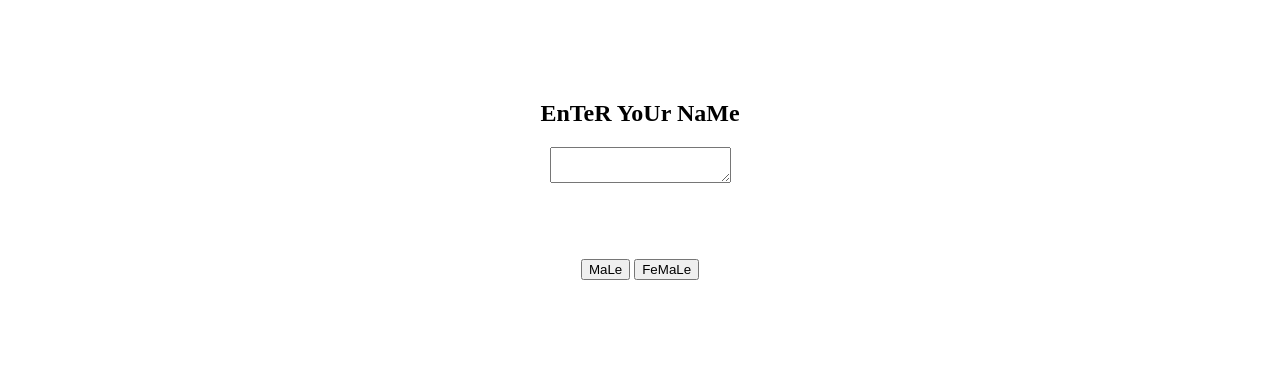
Repository: mutuz786/GameProject
Page: gameproject-app/WebContent/index.html
The author's editor kept a copy of each file at every save. The page is drawn from the files as they stood at one save, then again after the next save.
The browser window is 1280 px wide. The pictures show the whole page.

Above is the page before, as saved 2020-06-09 13:37:36.

### gameproject-app/WebContent/index.html
<!DOCTYPE html>
<html>
<head>
<meta charset="ISO-8859-1">
<title>Game</title>
</head>
<body>
	<br><br><br><br>
	<div align="center" >
		<h2>EnTeR YoUr NaMe</h2>
		<textarea id="name" inputmode="text" ></textarea><br><br><br><br><br>
		<button >MaLe</button>
		<button>FeMaLe</button>
	</div>
</body>
</html>

After the next save:
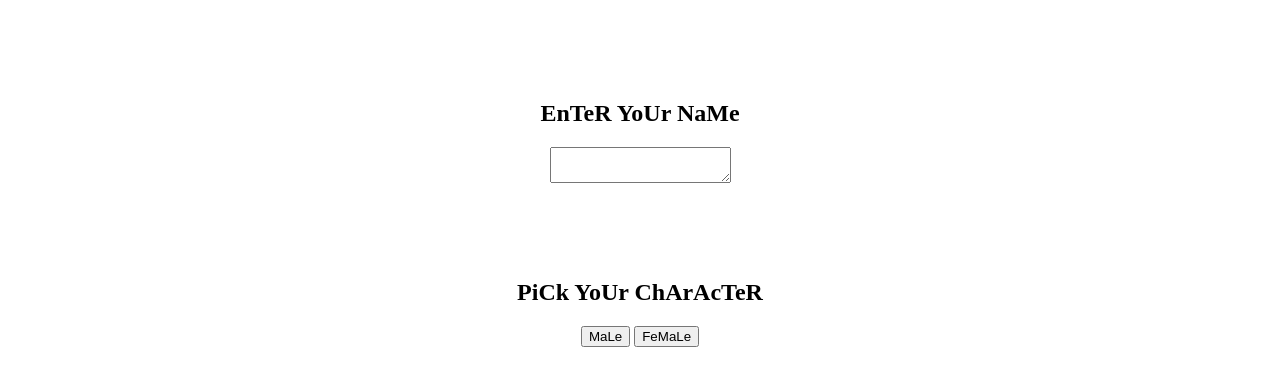
Saved 40 s later.
--- a/gameproject-app/WebContent/index.html
+++ b/gameproject-app/WebContent/index.html
@@ -9,6 +9,7 @@
 	<div align="center" >
 		<h2>EnTeR YoUr NaMe</h2>
 		<textarea id="name" inputmode="text" ></textarea><br><br><br><br><br>
+		<h2>PiCk YoUr ChArAcTeR</h2>
 		<button >MaLe</button>
 		<button>FeMaLe</button>
 	</div>
